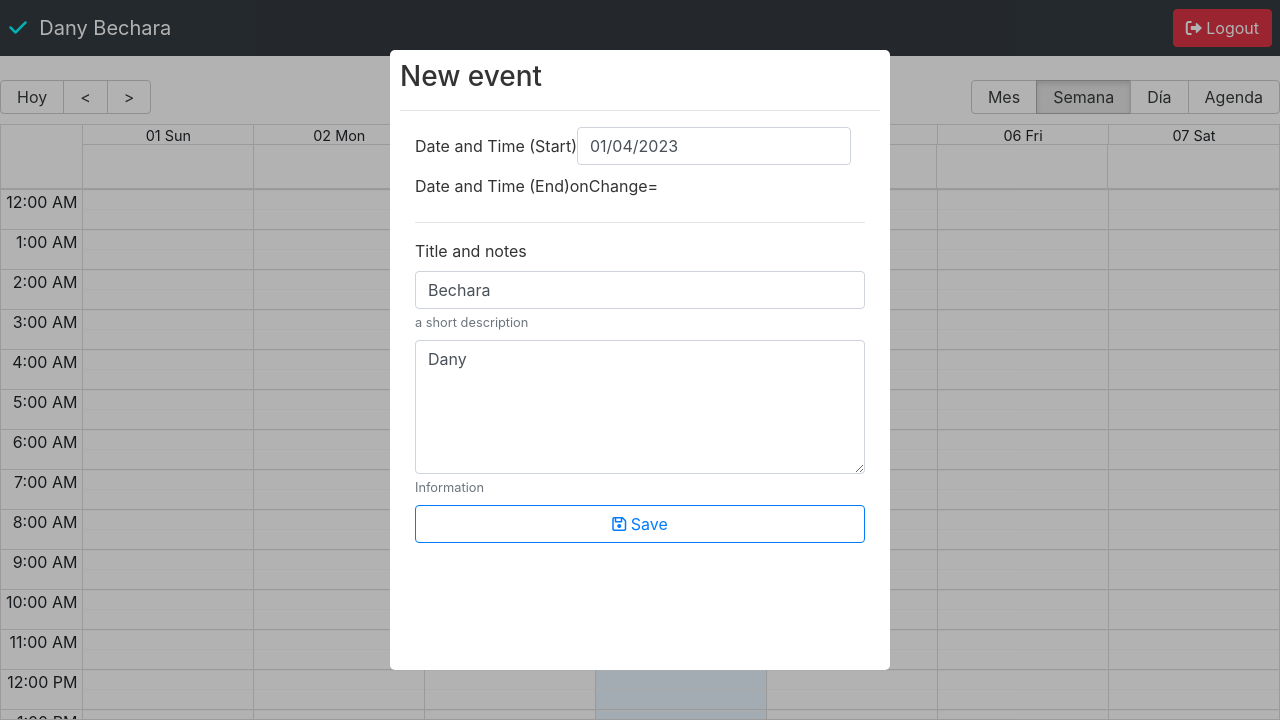
Repository: bechara611/calendar-frontend
Page: /
An editor plug-in stored every save of this project. The page is shown before and after the next save, followed by the edit.
The browser window is 1280 px wide. The pictures show the whole page.
An inner scrolling area shows only its first screen. The project was rebuilt for these pictures with package versions that can differ from the ones it lists, and the page was loaded fresh each time. Also part of the build but not shown: vite.config.js. Imported but missing from the stored project, and not drawn on this page: src/auth.

Above is the page before, as saved 2023-01-05 11:48:35.

After the next save:
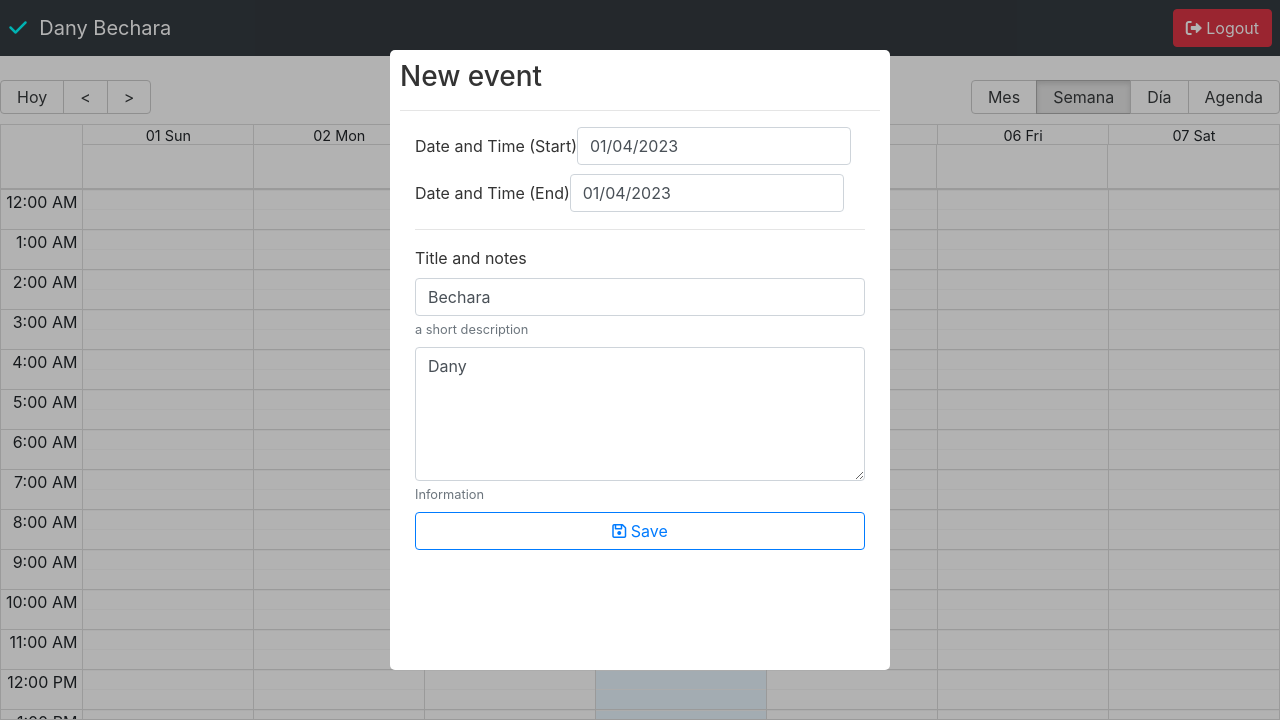
Saved 7 min 37 s later.
--- a/src/calendar/components/CalendarModal.jsx
+++ b/src/calendar/components/CalendarModal.jsx
@@ -65,7 +65,10 @@ const onDateChange =(event,tipoFecha='start')=>{
 
                     <div className="form-group mb-2">
                         <label>Date and Time (End) </label>
-                        onChange={(evento)=>onDateChange(evento,'end')}
+                        <DatePicker
+                        selected={formValues.start}
+                        onChange={(evento)=>onDateChange(evento,'start')}
+                        className='form-control'></DatePicker>
                     </div>
 
                     <hr />
